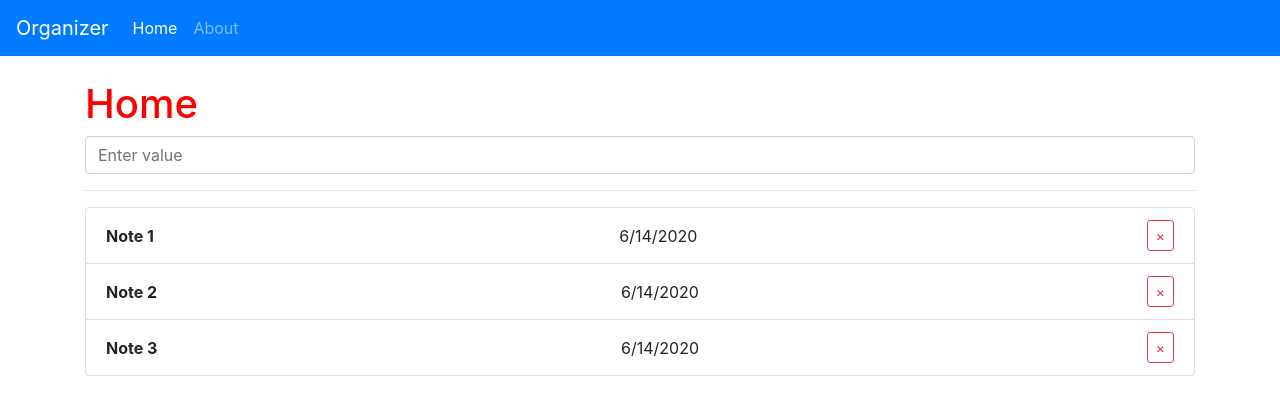
Repository: GregorPiev/orginizer-react-advanced
Page: /
These files come from the project's save history. The page is drawn as it stood at one moment and after the next save; the edit follows.
The browser window is 1280 px wide. The pictures show the whole page.
The project was rebuilt for these pictures with package versions that can differ from the ones it lists, and the page was loaded fresh each time. Also part of the build but not shown: src/pages/About/About.scss, src/pages/About/About.js.

Above is the page before, as saved 2020-08-24 11:33:32.

After the next save:
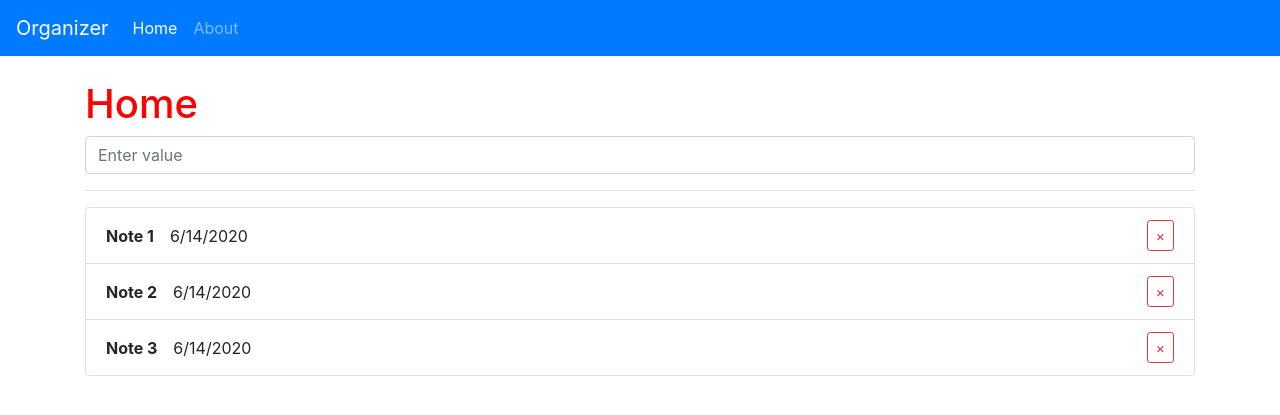
Saved 70 s later.
--- a/src/components/Notes.js
+++ b/src/components/Notes.js
@@ -9,8 +9,10 @@ export const Notes = ({ notes }) => {
                 <li
                     key={note.id}
                     className="list-group-item note">
-                    <strong>{note.title}</strong>
-                    <span>{new Date().toLocaleDateString()}</span>
+                    <div>
+                        <strong>{note.title}</strong>
+                        <smol>{new Date().toLocaleDateString()}</smol>
+                    </div>
 
                     <button type="button" className="btn btn-outline-danger btn-sm">&times;</button>
                 </li>
